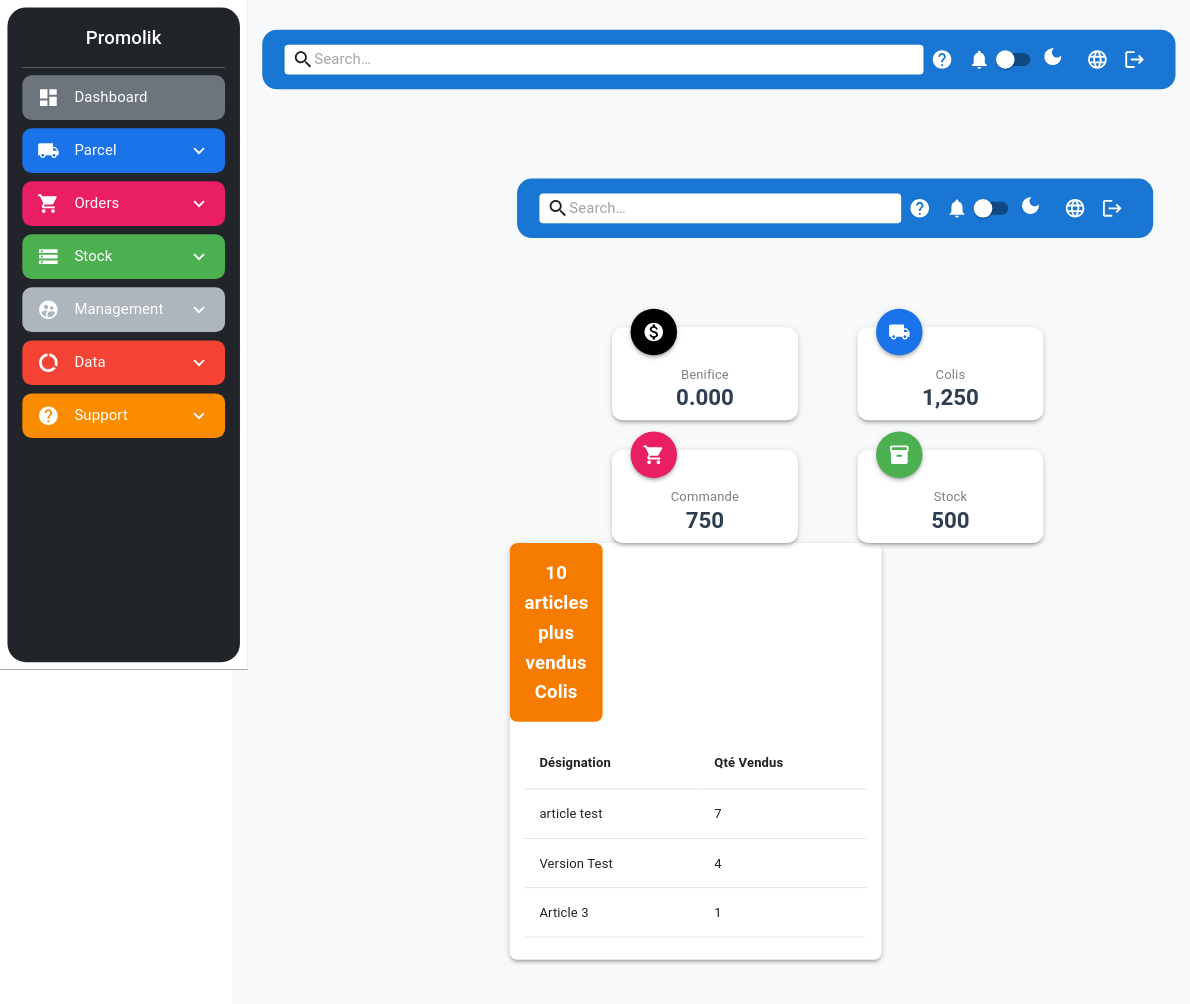
Repository: yosrjdly/stk
Page: /dashboard (app in dashboard/)
These files come from the project's save history. The page is drawn as it stood at one moment and after the next save; the edit follows.
The browser window is 1280 px wide. The pictures show the whole page, at 93% of full size.
The project was rebuilt for these pictures with package versions that can differ from the ones it lists, and the page was loaded fresh each time. The framework's server and built-in components were replaced by stand-ins that run in the browser. Also part of the build but not shown: dashboard/next.config.ts.

Above is the page before, as saved 2025-02-14 18:11:15.

### dashboard/src/app/dashboard/Layout.tsx
"use client";

import { Box, CssBaseline, Toolbar } from "@mui/material";
import Sidebar from "../../componenets/sidebar/SideBar";
import Navbar from "../../componenets/navbar/Navbar"; // Assuming you have a Navbar component
import { ReactNode } from "react";

interface LayoutProps {
  children: ReactNode;
}

export default function Layout({ children }: LayoutProps) {
  return (
    <Box sx={{ display: "flex" }}>
      <CssBaseline />

      {/* Sidebar (Permanent) */}
      <Sidebar />

      {/* Main Content Area */}
      <Box
        component="main"
        sx={{

          flexGrow: 1,
          p: 3,
          width: `calc(100% - 250px)`, // Adjusting main content width to fit sidebar
          backgroundColor: "#f8f9fa",
          minHeight: "100vh",
        }}
      >
        {/* Navbar */}
        <Navbar />

        {/* Page Content */}
        <Toolbar /> {/* Keeps content from being hidden behind Navbar */}
        {children}
      </Box>
    </Box>
  );
}

### dashboard/src/app/dashboard/page.tsx
import DashboardStats from "@/componenets/cards/smallCard/StatisticCard";
import Layout from "../dashboard/Layout";
import TopSellingCard from "@/componenets/cards/mediumCard/TopSellingCard";

export default function DashboardHome() {
  return (
    <Layout>
    <DashboardStats/>
    <TopSellingCard/>
    </Layout>
  );
}

### dashboard/src/componenets/sidebar/SideBar.tsx
"use client";

import { useState } from "react";
import { useRouter, usePathname } from "next/navigation";
import {
  Drawer,
  List,
  ListItemButton,
  ListItemText,
  Collapse,
  Divider,
  Typography,
  Box,
  IconButton,
} from "@mui/material";
import { ExpandLess, ExpandMore, Brightness4, Brightness7 } from "@mui/icons-material";
import DashboardIcon from '@mui/icons-material/Dashboard';
import LocalShippingIcon from '@mui/icons-material/LocalShipping';
import ShoppingCartIcon from '@mui/icons-material/ShoppingCart';
import StorageIcon from '@mui/icons-material/Storage';
import SupervisedUserCircleIcon from '@mui/icons-material/SupervisedUserCircle';
import DataUsageIcon from '@mui/icons-material/DataUsage';
import HelpIcon from '@mui/icons-material/Help';

const menuItems = [
  {
    title: "Dashboard",
    path: "/dashboard",
    color: "#6c757d",
    icon: <DashboardIcon />,
  },
  {
    title: "Parcel",
    subItems: [
      { title: "Exchange List", path: "/dashboard/parcel/exchangeList" },
      { title: "Exchange Return", path: "/dashboard/parcel/exchangeReturn" },
      { title: "Exchange Creation", path: "/dashboard/parcel/exchangeCreation" },
      { title: "Package Creation", path: "/dashboard/parcel/packageCreation" },
      { title: "Package Edit", path: "/dashboard/parcel/packageEdit" },
      { title: "Package List", path: "/dashboard/parcel/packageList" },
      { title: "Parcel Return", path: "/dashboard/parcel/parcelReturn" },
    ],
    color: "#1a73e8",
    icon: <LocalShippingIcon />,
  },
  {
    title: "Orders",
    subItems: [
      { title: "Cash Sale", path: "/dashboard/orders/cashSale" },
      { title: "Orders", path: "/dashboard/orders/orders" },
    ],
    color: "#e91e63",
    icon: <ShoppingCartIcon />,
  },
  {
    title: "Stock",
    subItems: [
      { title: "Add Article", path: "/dashboard/stock/addArticle" },
      { title: "Entred Stock", path: "/dashboard/stock/entredStock" },
      { title: "Notification", path: "/dashboard/stock/notification" },
      { title: "Stock", path: "/dashboard/stock/stock" },
    ],
    color: "#4caf50",
    icon: <StorageIcon />,
  },
  {
    title: "Management",
    subItems: [
      { title: "Delivery Company", path: "/manegement/deliveryCompany" },
      { title: "Profile", path: "/dashboard/management/profile" },
      { title: "Profit", path: "/dashboard/management/profit" },
      { title: "Spending", path: "/dashboard/management/spending" },
      { title: "User", path: "/dashboard/management/user" },
    ],
    color: "#adb5bd",
    icon: <SupervisedUserCircleIcon />,
  },
  {
    title: "Data",
    subItems: [
      { title: "Archived Parcel", path: "/dashboard/data/archivedParcel" },
      { title: "Command Deleted", path: "/dashboard/data/commandDeleted" },
      { title: "Deleted Parcel", path: "/dashboard/data/deletedParcel" },
      { title: "Inventory Removed", path: "/dashboard/data/inventoryRemoved" },
    ],
    color: "#f44335",
    icon: <DataUsageIcon />,
  },
  {
    title: "Support",
    subItems: [
      { title: "About Us", path: "/dashboard/support/aboutUs" },
      { title: "Claims", path: "/dashboard/support/claims" },
      { title: "User Guide", path: "/dashboard/support/userGuide" },
    ],
    color: "#fb8c00",
    icon: <HelpIcon />,
  },
];

export default function Sidebar() {
  const router = useRouter();
  const pathname = usePathname();
  const [openSections, setOpenSections] = useState<Record<string, boolean>>({});

  const toggleSection = (title: string) => {
    setOpenSections((prev) => ({
      ...prev,
      [title]: !prev[title],
    }));
  };

  return (
    <Drawer variant="permanent" sx={{ width: 250, flexShrink: 0, marginTop: 2 }}>
      <Box sx={{ height: "100%", width: 250, padding: 2, backgroundColor: "#212529", borderRadius: 5, margin: 1 }}>
        <Typography variant="h6" sx={{ color: "white", textAlign: "center", mb: 2 }}>
          Promolik
        </Typography>
        <Divider sx={{ backgroundColor: "#6c757d" }} />
        <List>
          {menuItems.map((item, index) => {
            const isParentActive = item.subItems?.some((subItem) => pathname === subItem.path);

            return (
              <div key={index}>
                {item.subItems ? (
                  <>
                    <ListItemButton
                      sx={{
                        backgroundColor: item.color,
                        borderRadius: "10px",
                        marginBottom: 1,
                        color: "white",
                      }}
                      onClick={() => toggleSection(item.title)}
                    >
                      {item.icon}
                      <ListItemText primary={item.title} sx={{ ml: 2 }} />
                      {openSections[item.title] ? <ExpandLess /> : <ExpandMore />}
                    </ListItemButton>
                    <Collapse in={openSections[item.title]} timeout="auto" unmountOnExit>
                      <List component="div" disablePadding>
                        {item.subItems.map((subItem, subIndex) => (
                          <ListItemButton
                            key={subIndex}
                            sx={{
                              pl: 4,
                              backgroundColor: pathname === subItem.path ? item.color : "transparent",
                              borderRadius: pathname === subItem.path ? "10px" : "0px",
                              marginBottom: 1,
                              color: pathname === subItem.path ? "white" : "#ccc",
                            }}
                            onClick={() => router.push(subItem.path)}
                          >
                            <ListItemText primary={subItem.title} />
                          </ListItemButton>
                        ))}
                      </List>
                    </Collapse>
                  </>
                ) : (
                  <ListItemButton
                    sx={{
                      backgroundColor: pathname === item.path ? item.color : "transparent",
                      borderRadius: pathname === item.path ? "10px" : "0px",
                      marginBottom: 1,
                      color: pathname === item.path ? "white" : "#ccc",
                    }}
                    onClick={() => router.push(item.path)}
                  >
                    {item.icon}
                    <ListItemText primary={item.title} sx={{ ml: 2 }} />
                  </ListItemButton>
                )}
                <Divider />
              </div>
            );
          })}
        </List>
      </Box>
    </Drawer>
  );
}

### dashboard/src/componenets/navbar/Navbar.tsx
'use client';

import React, { useState } from 'react';
import { AppBar, Toolbar, IconButton, InputBase, Menu, MenuItem, Switch, FormControlLabel } from '@mui/material';
import { Search as SearchIcon, Help as HelpIcon, Notifications as NotificationsIcon, Language as LanguageIcon, Logout as LogoutIcon, DarkMode as DarkModeIcon } from '@mui/icons-material';
import { useTheme } from '@mui/material/styles';

const Navbar = () => {
  const [anchorEl, setAnchorEl] = useState(null);
  const [themeMode, setThemeMode] = useState(false); // Dark mode state

  const theme = useTheme();

  const handleMenuOpen = (event) => {
    setAnchorEl(event.currentTarget);
  };

  const handleMenuClose = () => {
    setAnchorEl(null);
  };

  const toggleTheme = () => {
    setThemeMode((prev) => !prev);
    // You can add a theme switcher logic here (like changing the theme color)
  };

  return (
    <AppBar
      position="sticky"
      sx={{
        mx: 1,
        mt: 1,
        borderRadius: '16px',
        boxShadow: 'none',
        backdropFilter: 'blur(10ppx',
        zIndex: 1200,
      }}
    >
      <Toolbar>
        {/* Search Bar */}
        <InputBase
          placeholder="Search…"
          startAdornment={<SearchIcon />}
          sx={{ flexGrow: 1, backgroundColor: theme.palette.background.default, borderRadius: '4px', paddingLeft: '8px' }}
        />

        {/* Help Icon */}
        <IconButton color="inherit" onClick={handleMenuOpen}>
          <HelpIcon />
        </IconButton>

        {/* Notifications Icon */}
        <IconButton color="inherit">
          <NotificationsIcon />
        </IconButton>

        {/* Theme Switch */}
        <FormControlLabel
          control={<Switch checked={themeMode} onChange={toggleTheme} />}
          label={<DarkModeIcon />}
        />

        {/* Language Icon */}
        <IconButton color="inherit">
          <LanguageIcon />
        </IconButton>

        {/* Logout Icon */}
        <IconButton color="inherit">
          <LogoutIcon />
        </IconButton>
      </Toolbar>

      {/* Help Icon Menu */}
      <Menu
        anchorEl={anchorEl}
        open={Boolean(anchorEl)}
        onClose={handleMenuClose}
      >
        <MenuItem onClick={handleMenuClose}>Help Center</MenuItem>
        <MenuItem onClick={handleMenuClose}>Contact Support</MenuItem>
      </Menu>
    </AppBar>
  );
};

export default Navbar;

### dashboard/src/componenets/cards/smallCard/StatisticCard.tsx
'use client';

import React from 'react';
import { Card, CardContent, Typography, Box } from '@mui/material';
import MonetizationOnIcon from '@mui/icons-material/MonetizationOn';
import LocalShippingIcon from '@mui/icons-material/LocalShipping';
import ShoppingCartIcon from '@mui/icons-material/ShoppingCart';
import InventoryIcon from '@mui/icons-material/Inventory';

const StatisticCard = ({
  title,
  value,
  icon,
  bgColor,
}: {
  title: string;
  value: string;
  icon: React.ReactNode;
  bgColor: string;
}) => {
  return (
    <Box sx={{ position: 'relative', display: 'inline-block', mx: 2 }}>
      {/* Floating Icon */}
      <Box
        sx={{
          position: 'absolute',
          top: -20,
          left: 20,
          width: 50,
          height: 50,
          borderRadius: '50%',
          backgroundColor: bgColor,
          display: 'flex',
          alignItems: 'center',
          justifyContent: 'center',
          boxShadow: 3,
        }}
      >
        {icon}
      </Box>

      {/* Card */}
      <Card
        sx={{
          width: 200,
          height: 100,
          borderRadius: 3,
          textAlign: 'center',
          boxShadow: 3,
          backgroundColor: 'white',
          pt: 3,
        }}
      >
        <CardContent>
          <Typography variant="body2" sx={{ color: 'gray' }}>
            {title}
          </Typography>
          <Typography variant="h5" sx={{ fontWeight: 'bold', color: '#2D3E50' }}>
            {value}
          </Typography>
        </CardContent>
      </Card>
    </Box>
  );
};

const DashboardStats = () => {
  const stats = [
    { title: 'Benifice', value: '0.000', icon: <MonetizationOnIcon sx={{ color: 'white' }} />, bgColor: 'black' },
    { title: 'Colis', value: '1,250', icon: <LocalShippingIcon sx={{ color: 'white' }} />, bgColor: '#1a73e8' },
    { title: 'Commande', value: '750', icon: <ShoppingCartIcon sx={{ color: 'white' }} />, bgColor: '#e91e63' },
    { title: 'Stock', value: '500', icon: <InventoryIcon sx={{ color: 'white' }} />, bgColor: '#4caf50' },
  ];

  return (
    <Box display="flex" justifyContent="center" gap={4} flexWrap="wrap" mt={4}>
      {stats.map((stat, index) => (
        <StatisticCard key={index} title={stat.title} value={stat.value} icon={stat.icon} bgColor={stat.bgColor} />
      ))}
    </Box>
  );
};

export default DashboardStats;

### dashboard/src/componenets/cards/mediumCard/TopSellingCard.tsx
"use client";

import { Card, CardContent, Typography, Table, TableBody, TableCell, TableContainer, TableHead, TableRow, Paper } from "@mui/material";

const data = [
  { name: "article test", quantity: 7 },
  { name: "Version Test", quantity: 4 },
  { name: "Article 3", quantity: 1 },
];

const TopSellingCard = () => {
  return (
    <Card sx={{ maxWidth: 400, borderRadius: 2, boxShadow: 3, overflow: "hidden" }}>
      <CardContent sx={{ backgroundColor: "#f57c00", color: "white", textAlign: "center", padding: 2 ,borderRadius: 2 ,width:100}}>
        <Typography variant="h6" fontWeight="bold">
          10 articles plus vendus
        </Typography>
        <Typography variant="h6" fontWeight="bold">
          Colis
        </Typography>
      </CardContent>
      <CardContent>
        <TableContainer component={Paper} elevation={0} sx={{ boxShadow: "none" }}>
          <Table>
            <TableHead>
              <TableRow>
                <TableCell sx={{ fontWeight: "bold" }}>Désignation</TableCell>
                <TableCell sx={{ fontWeight: "bold" }}>Qté Vendus</TableCell>
              </TableRow>
            </TableHead>
            <TableBody>
              {data.map((item, index) => (
                <TableRow key={index}>
                  <TableCell>{item.name}</TableCell>
                  <TableCell>{item.quantity}</TableCell>
                </TableRow>
              ))}
            </TableBody>
          </Table>
        </TableContainer>
      </CardContent>
    </Card>
  );
};

export default TopSellingCard;

Loaded but not shown: dashboard/src/app/layout.tsx (common file); dashboard/src/app/globals.css (common file)

After the next save:
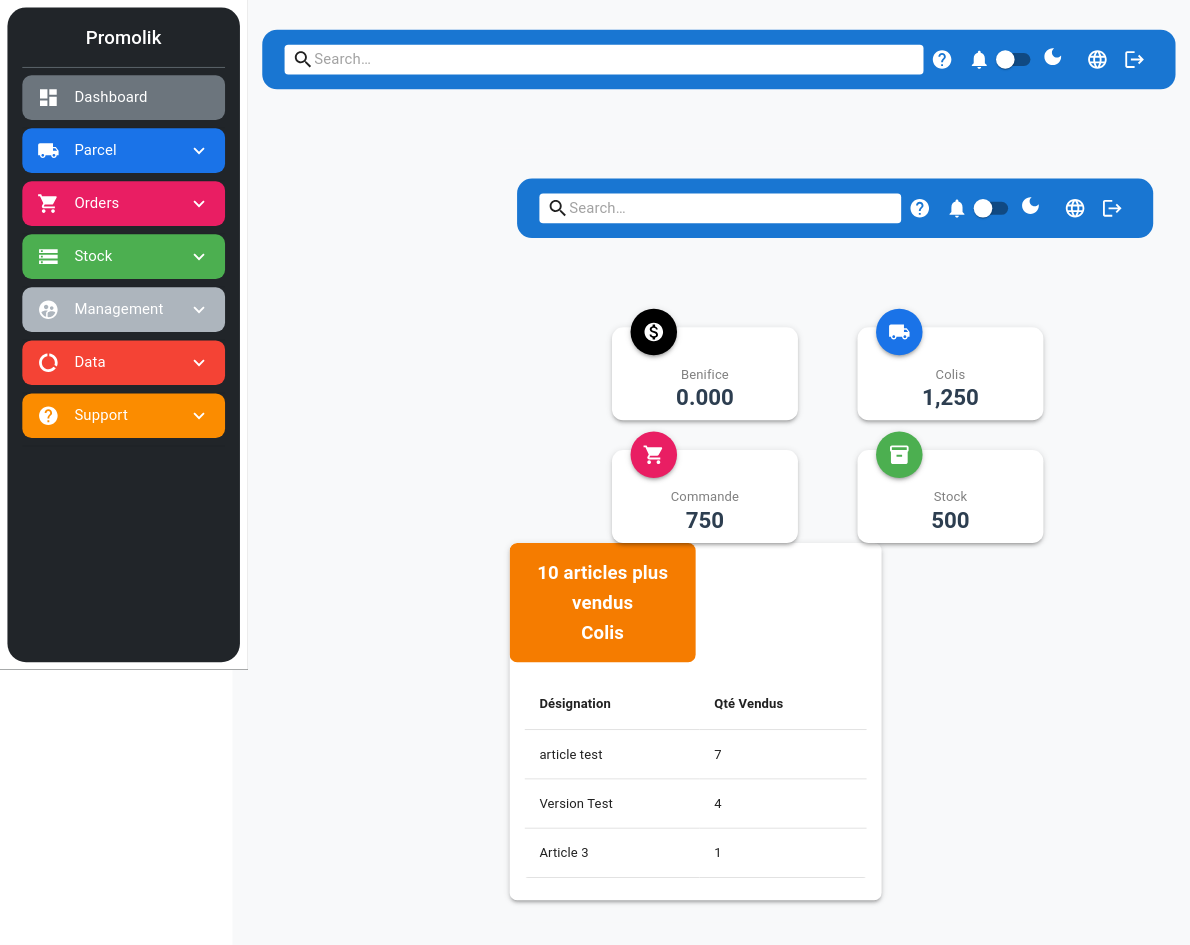
Saved 9 s later.
--- a/dashboard/src/componenets/cards/mediumCard/TopSellingCard.tsx
+++ b/dashboard/src/componenets/cards/mediumCard/TopSellingCard.tsx
@@ -11,7 +11,7 @@ const data = [
 const TopSellingCard = () => {
   return (
     <Card sx={{ maxWidth: 400, borderRadius: 2, boxShadow: 3, overflow: "hidden" }}>
-      <CardContent sx={{ backgroundColor: "#f57c00", color: "white", textAlign: "center", padding: 2 ,borderRadius: 2 ,width:100}}>
+      <CardContent sx={{ backgroundColor: "#f57c00", color: "white", textAlign: "center", padding: 2 ,borderRadius: 2 ,width:200}}>
         <Typography variant="h6" fontWeight="bold">
           10 articles plus vendus
         </Typography>
